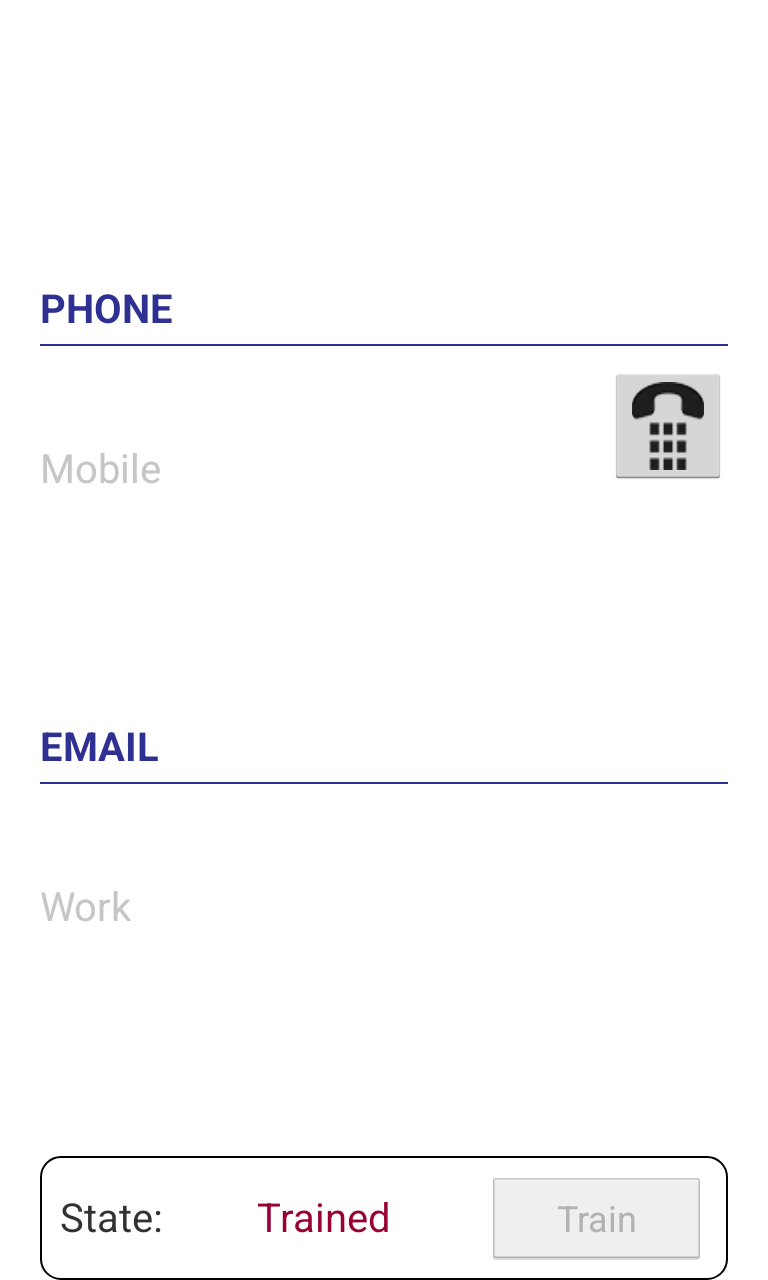
Repository: GitDidNotExitCleanly/FaceLabel
Layout: FaceLabel/res/layout/fragment_member_display.xml
An editor plug-in stored every save of this project. The layout is shown before and after the next save, followed by the edit.
It is drawn on a 768 x 1280 px phone screen (xhdpi) without system bars, with theme AppTheme; the app's code is not run.

Above is the layout before, as saved 2015-05-12 17:10:35.

After the next save:
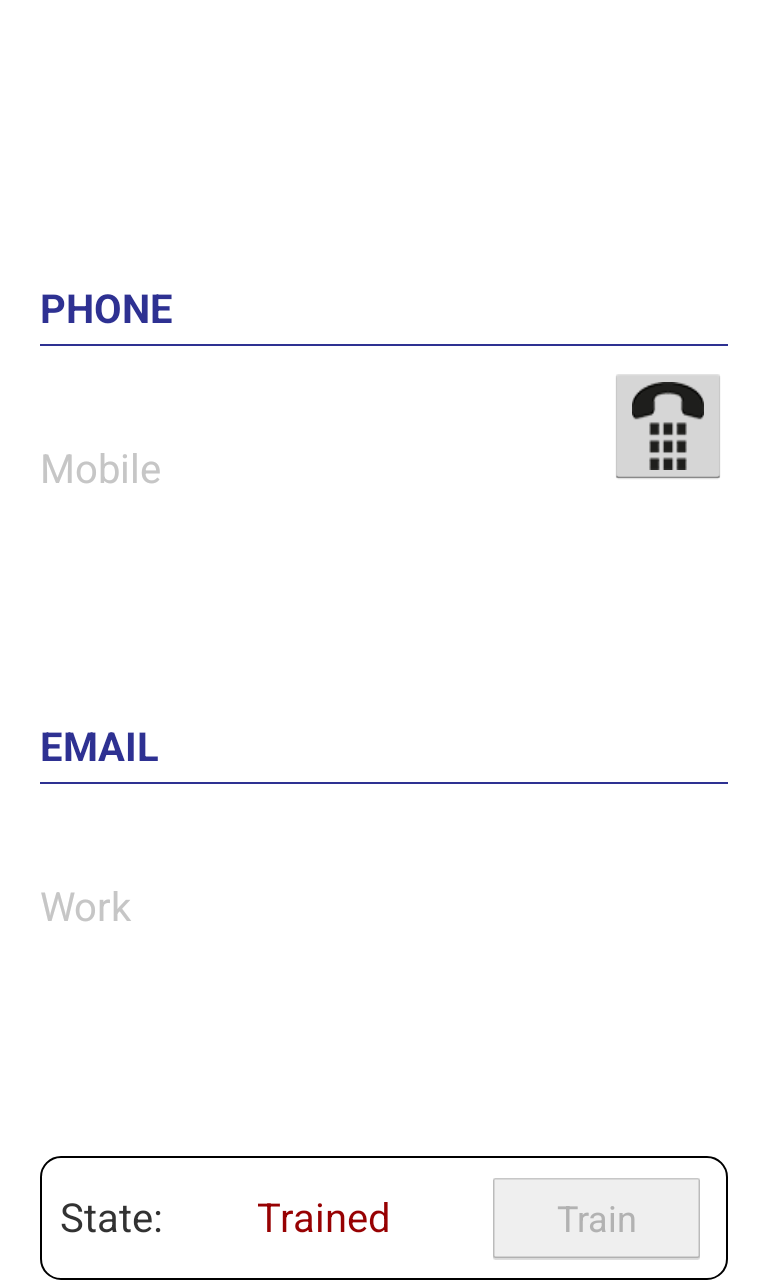
Saved 5 min 14 s later.
--- a/FaceLabel/res/layout/fragment_member_display.xml
+++ b/FaceLabel/res/layout/fragment_member_display.xml
@@ -156,7 +156,7 @@
             android:layout_height="wrap_content"
             android:layout_weight="1"
             android:textSize="20sp"
-            android:textColor="#990033"
+            android:textColor="#970102"
             android:text="Trained" />
 
         <Button
